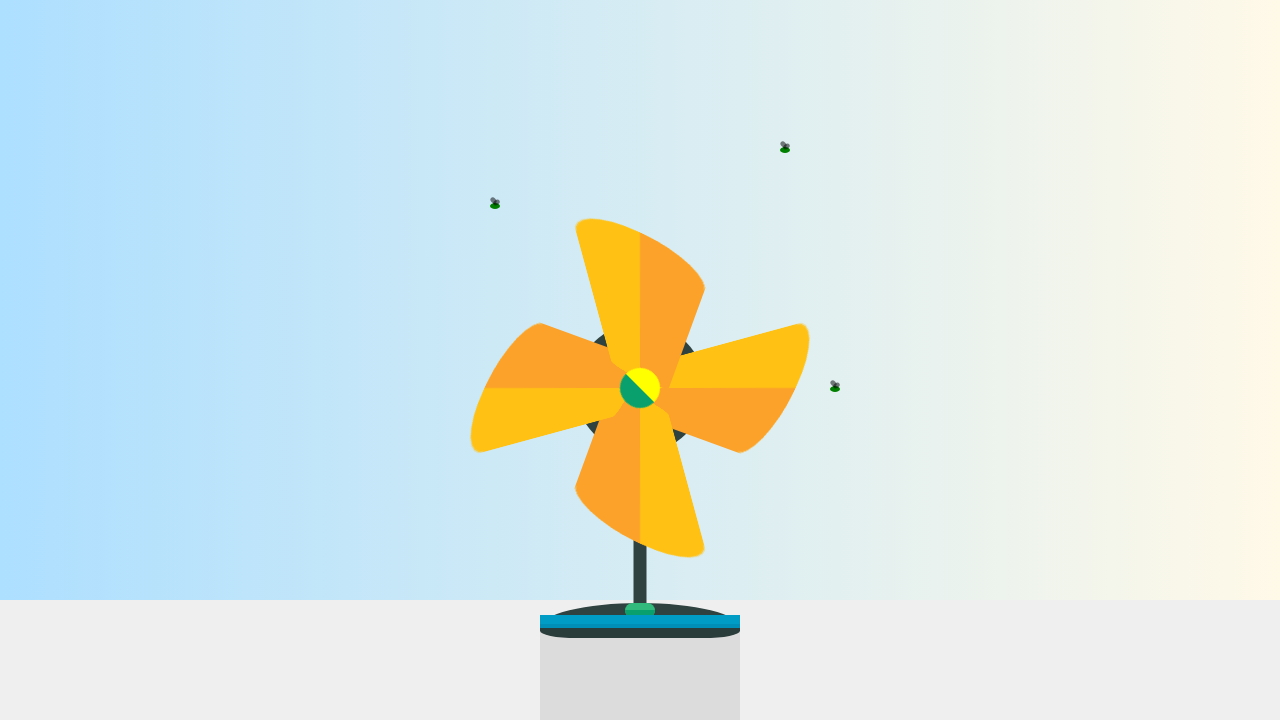
Repository: VuTuanAnh0949/CodeFan
Page: index.html
An editor plug-in stored every save of this project. The page is shown before and after the next save, followed by the edit.
The browser window is 1280 px wide. The pictures show the whole page.

Above is the page before, as saved 2022-06-22 11:48:10.

After the next save:
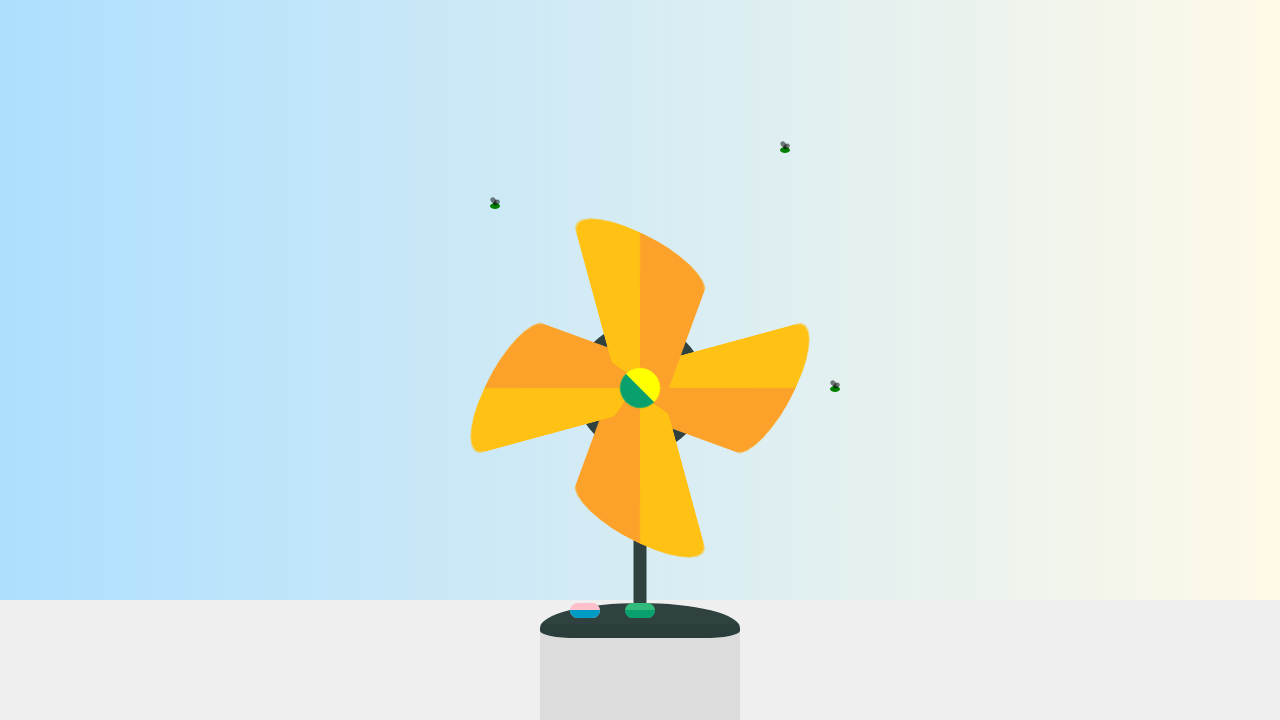
Saved 11 s later.
--- a/style.css
+++ b/style.css
@@ -209,7 +209,7 @@ span {
     background: #a00000;
 }
 
-.fan__root .top .blue {
+.fan__root .top .pink {
     position: absolute;
     cursor: pointer;
     width: 30px;
